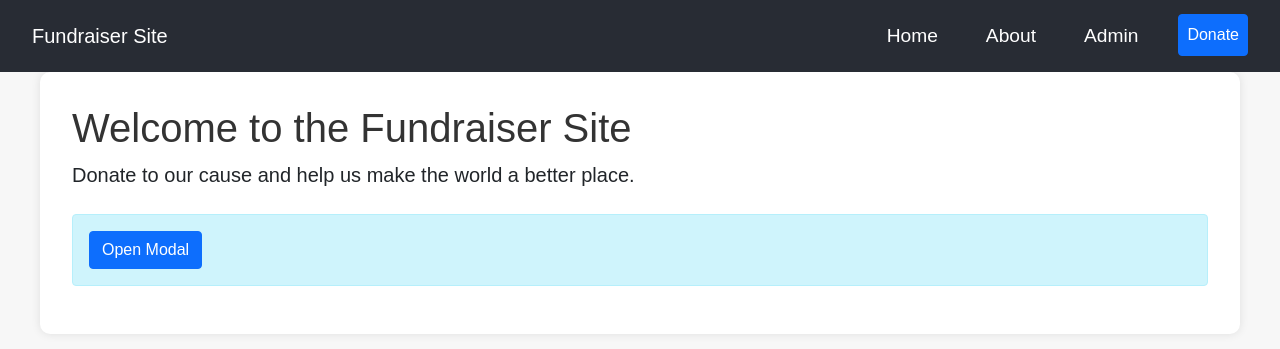
Repository: DragonFruit8/Fundraiser-Page
Page: /
An editor plug-in stored every save of this project. The page is shown before and after the next save, followed by the edit.
The browser window is 1280 px wide. The pictures show the whole page.
The project was rebuilt for these pictures with package versions that can differ from the ones it lists, and the page was loaded fresh each time. Also part of the build but not shown: src/pages/About.js, src/pages/Donate.js, src/pages/Admin.js.

Above is the page before, as saved 2024-07-19 14:13:41.

After the next save:
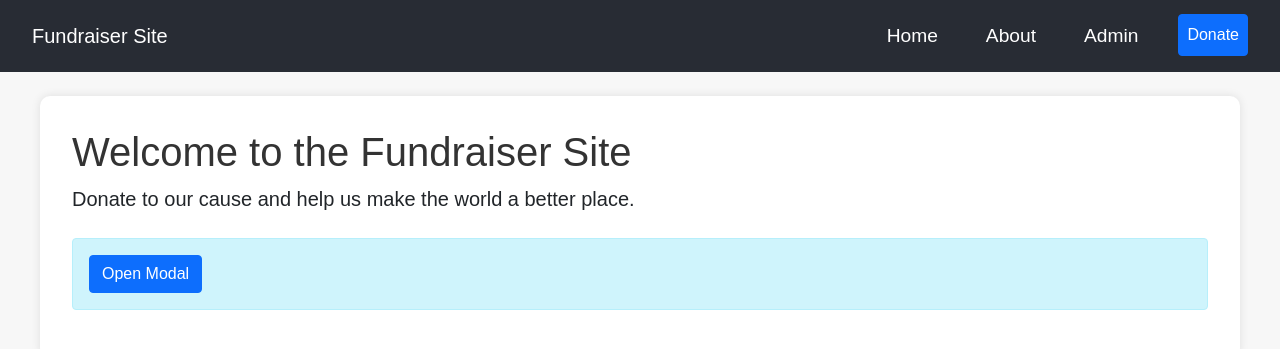
Saved 12 s later.
--- a/src/pages/HomeContainer.js
+++ b/src/pages/HomeContainer.js
@@ -35,7 +35,7 @@ const HomeContainer = () => {
     };
 
     return (
-        <div className="container">
+        <div className="container mt-4">
             <h1>Welcome to the Fundraiser Site</h1>
             <p className="lead">Donate to our cause and help us make the world a better place.</p>
             <div className="alert alert-info mt-4" role="alert">
